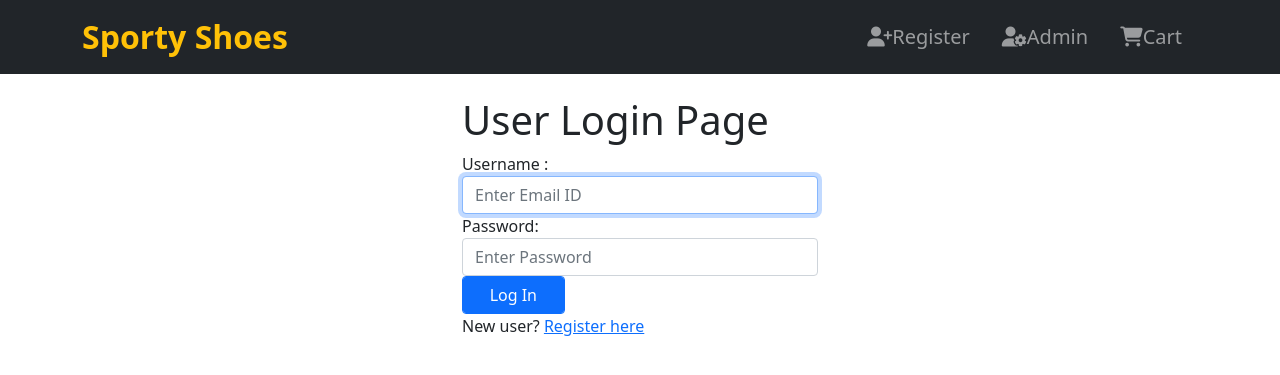
Repository: Niks4u2/SportyShoes
Page: http://localhost/login
These files come from the project's save history. The page is drawn as it stood at one moment and after the next save; the edit follows.
The browser window is 1280 px wide. The pictures show the whole page.
Some web libraries are served in a nearby version. The page is this project's Thymeleaf template; nobody is signed in. The template is opened directly, without the code that normally fills it, so the values that code supplies are empty.

Above is the page before, as saved 2021-11-08 12:34:08.

After the next save:
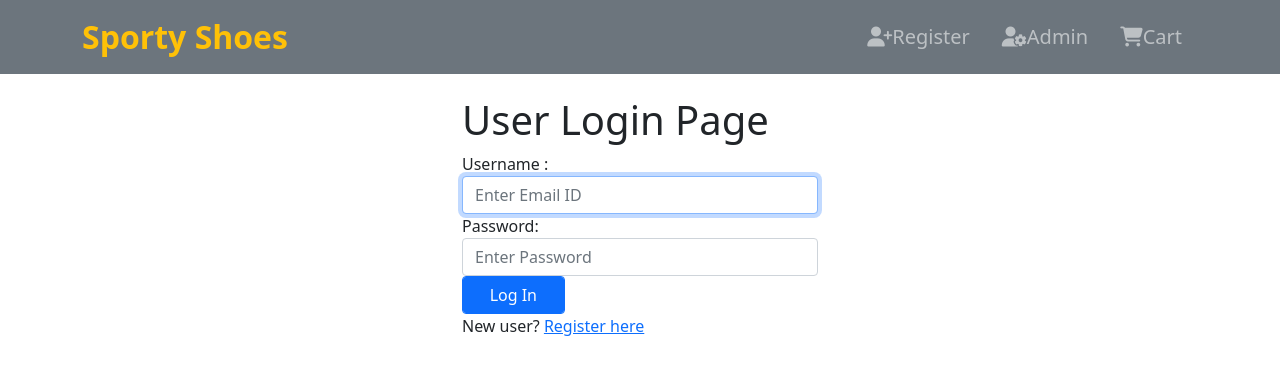
Saved 3 min 27 s later.
--- a/Source Code/sporty-shoes/src/main/resources/templates/login.html
+++ b/Source Code/sporty-shoes/src/main/resources/templates/login.html
@@ -13,7 +13,7 @@
     <script src="https://kit.fontawesome.com/92e9dde9ec.js" crossorigin="anonymous"></script>
 <body>
     <!-- Navbar -->
-    <nav class="navbar navbar-expand-lg bg-dark navbar-dark fixed-top">
+    <nav class="navbar navbar-expand-lg bg-secondary navbar-dark fixed-top">
         <div class="container">
             <a href="#" class="navbar-brand text-warning fw-bold fs-2 animate__animated animate__bounce">Sporty Shoes</a>
             <button class="navbar-toggler" type="button" data-bs-toggle="collapse" data-bs-target="#navmenu">
@@ -22,13 +22,13 @@
             <div class="collapse navbar-collapse" id="navmenu">
                 <ul class="navbar-nav ms-auto">
                     <li class="nav-item">
-                        <a href="#about" class="nav-link lead px-3"><i class="fa-solid fa-user-plus"></i>Register</a>
+                        <a href="#register" class="nav-link lead px-3"><i class="fa-solid fa-user-plus"></i>Register</a>
                     </li>
                     <li class="nav-item">
-                        <a href="#work" class="nav-link lead px-3"><i class="fas fa-user-cog"></i>Admin</a>
+                        <a href="#admin" class="nav-link lead px-3"><i class="fas fa-user-cog"></i>Admin</a>
                     </li>
                     <li class="nav-item">
-                        <a href="#contact" class="nav-link lead px-3"><i class="fa-solid fa-cart-shopping"></i>Cart</a>
+                        <a href="#cart" class="nav-link lead px-3"><i class="fa-solid fa-cart-shopping"></i>Cart</a>
                     </li>
                 </ul>
             </div>

After the save that followed:
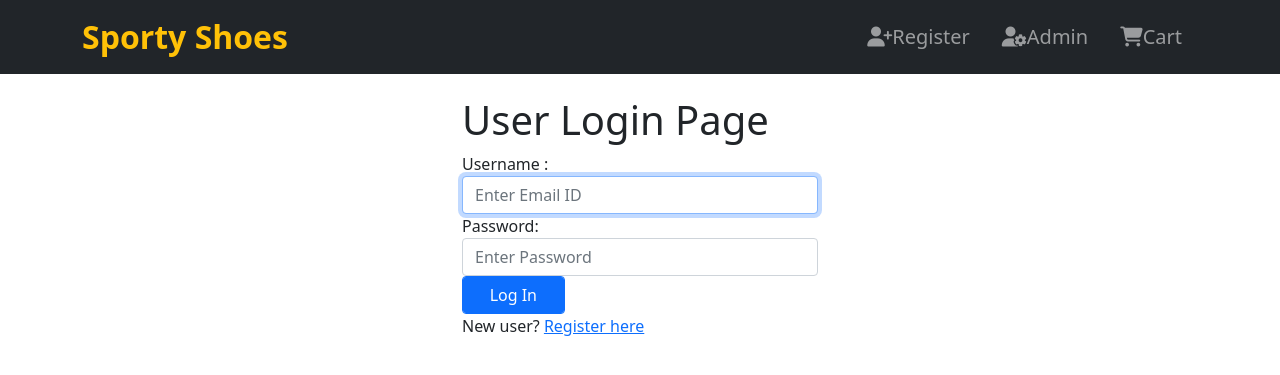
Saved 64 s later.
--- a/Source Code/sporty-shoes/src/main/resources/templates/login.html
+++ b/Source Code/sporty-shoes/src/main/resources/templates/login.html
@@ -13,7 +13,7 @@
     <script src="https://kit.fontawesome.com/92e9dde9ec.js" crossorigin="anonymous"></script>
 <body>
     <!-- Navbar -->
-    <nav class="navbar navbar-expand-lg bg-secondary navbar-dark fixed-top">
+    <nav class="navbar navbar-expand-lg bg-dark navbar-dark fixed-top">
         <div class="container">
             <a href="#" class="navbar-brand text-warning fw-bold fs-2 animate__animated animate__bounce">Sporty Shoes</a>
             <button class="navbar-toggler" type="button" data-bs-toggle="collapse" data-bs-target="#navmenu">
